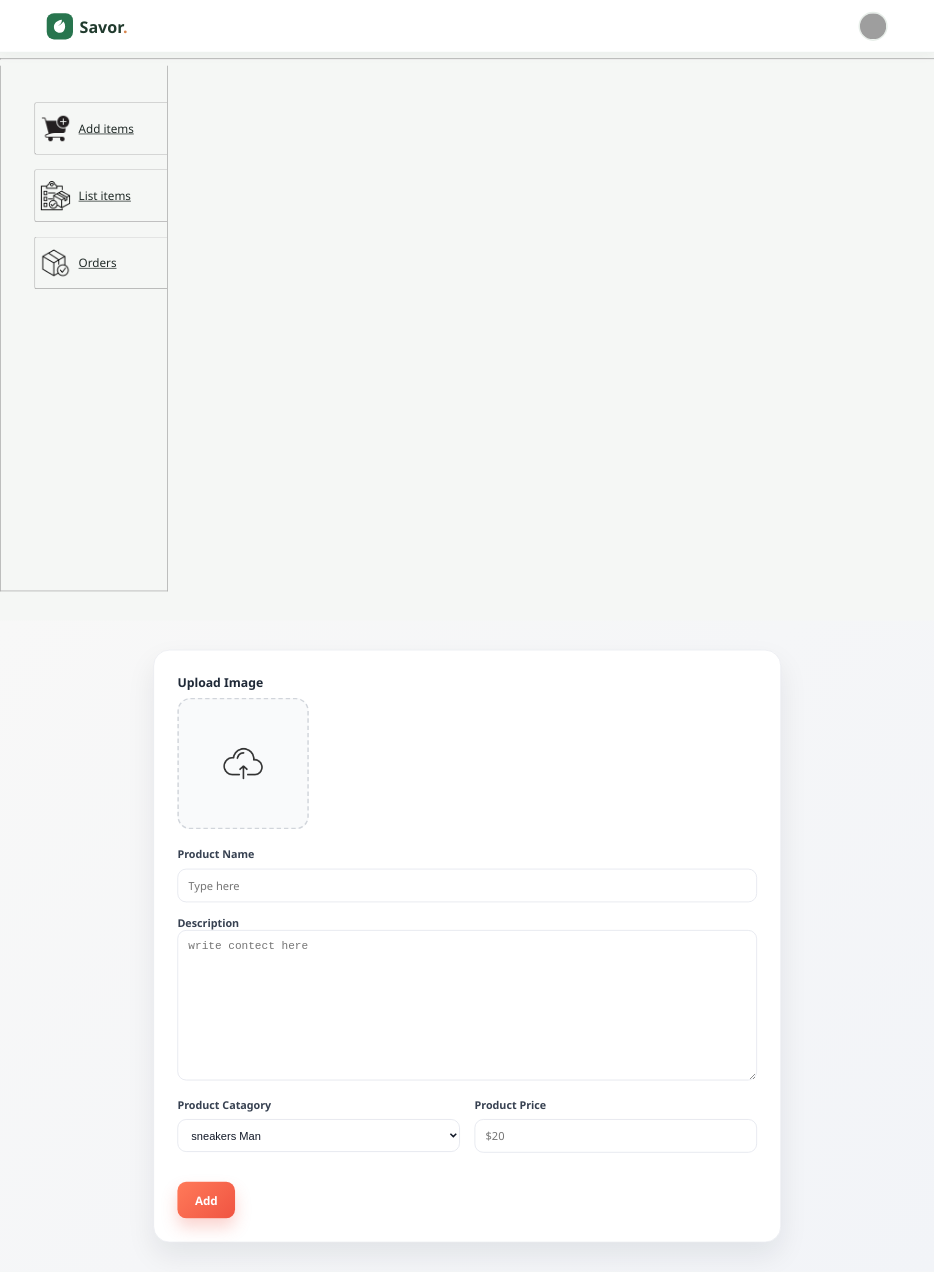
Repository: prince44991/Ecommerce-Project-Full-Stack
Page: /Additem (app in admin/my-react-app/)
The author's editor kept a copy of each file at every save. The page is drawn from the files as they stood at one save, then again after the next save.
The browser window is 1280 px wide. The pictures show the whole page, at 73% of full size.
Pictures or frames that could not be fetched are drawn as grey boxes. The project was rebuilt for these pictures with package versions that can differ from the ones it lists, and the page was loaded fresh each time. Also part of the build but not shown: admin/my-react-app/vite.config.js, admin/my-react-app/src/pages/Order/Order.jsx, admin/my-react-app/src/pages/List/List.jsx.

Above is the page before, as saved 2026-09-29 21:17:38.

After the next save:
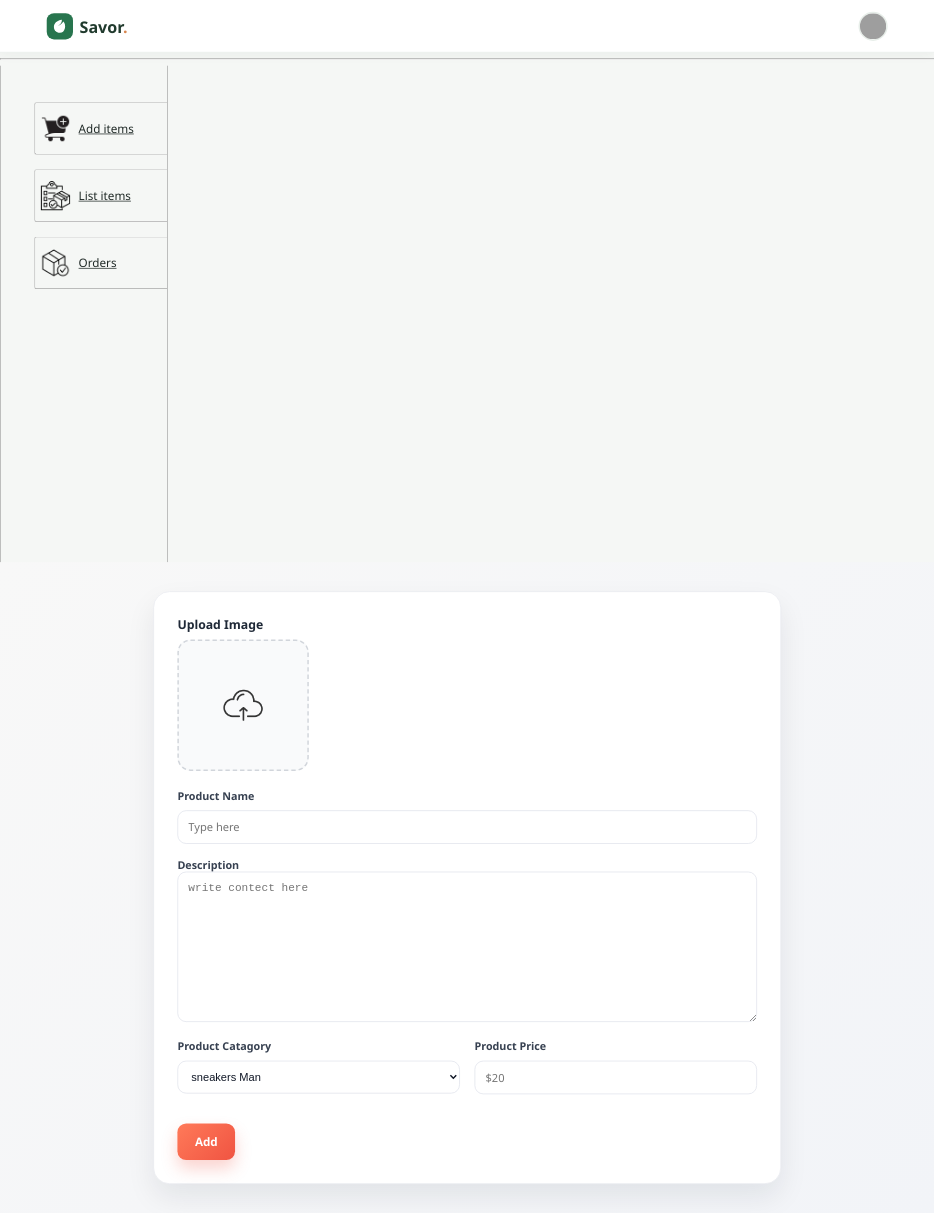
Saved 11 s later.
--- a/admin/my-react-app/src/pages/Add/Add.css
+++ b/admin/my-react-app/src/pages/Add/Add.css
@@ -5,7 +5,7 @@
   padding: 40px 20px;
   background: linear-gradient(135deg, #f8f8f8 0%, #f2f4f8 100%);
   min-height: calc(100vh - 80px);
-  margin-top: 40px;
+  margin-top: -40px;
 }
 
 .add form {
